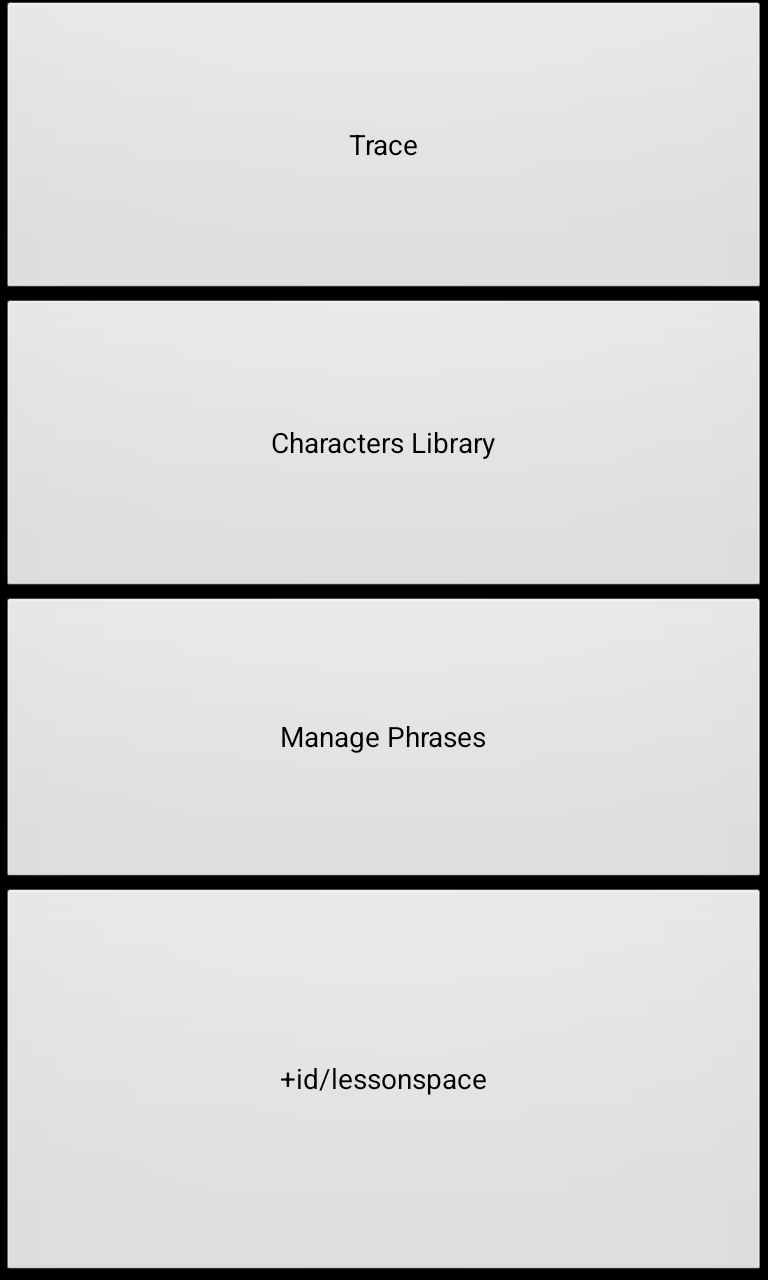
Repository: ljtao/Trace2Learn
Layout: Trace2Learn/res/layout/main.xml
The author's editor kept a copy of each file at every save. The layout is drawn from the files as they stood at one save, then again after the next save.
It is drawn on a 768 x 1280 px phone screen (xhdpi) without system bars, with theme android:Theme; the app's code is not run.

Above is the layout before, as saved 2012-04-10 04:46:29.

### Trace2Learn/res/layout/main.xml
<?xml version="1.0" encoding="utf-8"?>


	<LinearLayout xmlns:android="http://schemas.android.com/apk/res/android"
	    android:layout_width="fill_parent"
	    android:layout_height="fill_parent"
	    android:orientation="vertical" >

	    <Button android:id="@+id/trace"
	    android:layout_width="fill_parent"
	    android:layout_height="1dp"
	    android:text="@string/trace_button_title"
	    android:orientation="vertical"
	    android:layout_weight="1"

	    />

	    <Button android:id="@+id/characters"
	    android:layout_width="fill_parent"
	    android:layout_height="1dp"
	    android:text="@string/characters_button_title"
	    android:orientation="vertical"
	    android:layout_weight="1"

	    />
	    <Button
	        android:id="@+id/words"
	        android:layout_width="fill_parent"
	        android:layout_height="wrap_content"
	        android:layout_weight="0.66"
	        android:text="@string/words_button_title" />


	    <Button
	        android:id="@+id/lesson"
	        android:layout_width="fill_parent"
	        android:layout_height="wrap_content"
	        android:layout_weight="1.00"
	        android:text="+id/lessonspace" />

	</LinearLayout>

### Trace2Learn/res/values/strings.xml
<?xml version="1.0" encoding="utf-8"?>
<resources>

    <string name="hello">Hello World!</string>
    <string name="app_name">TouchPaint</string>
    <string name="formal_name">Trace2Learn</string>
    <string name="trace_name">Trace2Learn</string>
    <string name="save_button_title">Save</string>
    <string name="save_popup_title">Save Character</string>
    <string name="save_popup_prompt">To save this character to the database, type the character name and click Yes.</string>
    <string name="characters_button_title">Characters Library</string>
    <string name="trace_button_title">Trace</string>
    <string name="back_button_title">Back</string>
    <string name="clear_button_title">Clear</string>
    <string name="adder">Add Character to Phrase</string>
    <string name="phrase_finish">Add Phrase </string>
    <string name="words_button_title">Manage Phrases</string>
    <string name="drawChar_button_title">Draw It!</string>
    <string name="prevchar">prev</string>
    <string name="nextchar">next</string>
    <string name="exitlesson">Quit Lesson</string>
    <string name="lesson_button_title">Start Lesson</string>

</resources>

After the next save:
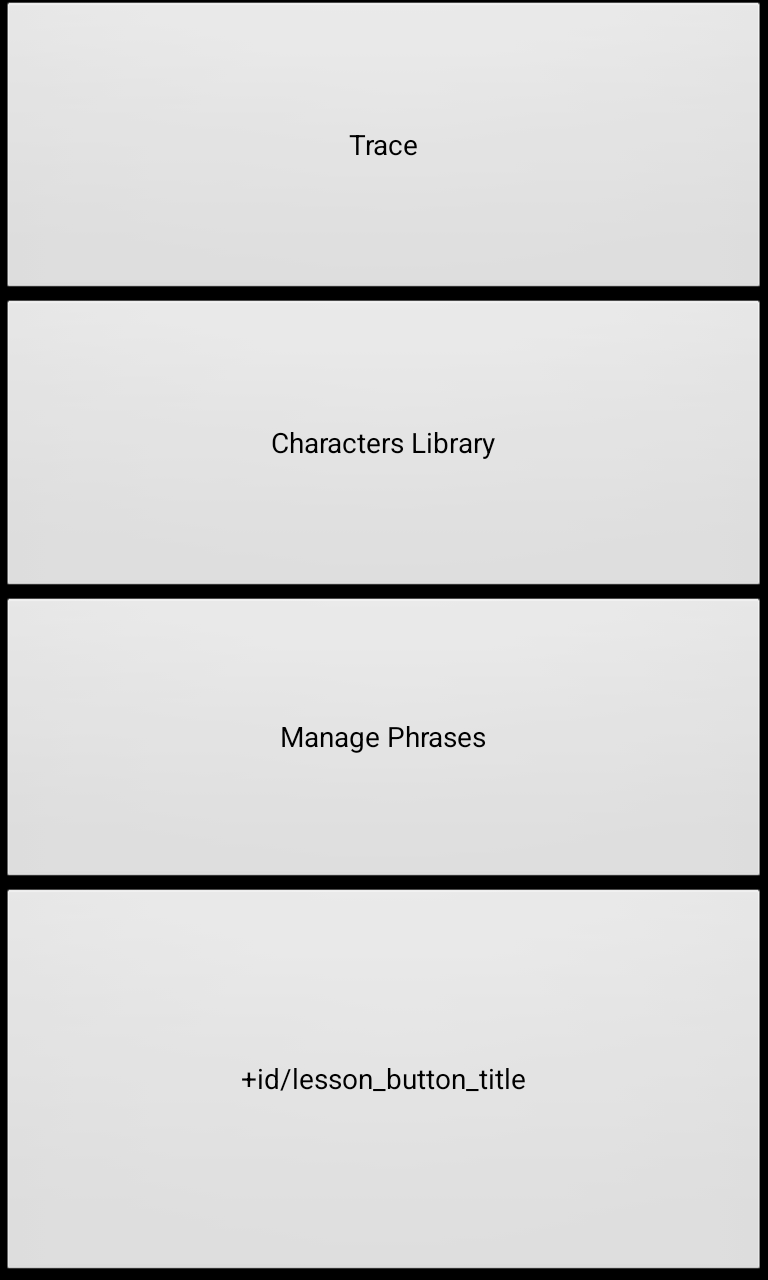
Saved 8 s later.
--- a/Trace2Learn/res/layout/main.xml
+++ b/Trace2Learn/res/layout/main.xml
@@ -36,6 +36,6 @@
 	        android:layout_width="fill_parent"
 	        android:layout_height="wrap_content"
 	        android:layout_weight="1.00"
-	        android:text="+id/lessonspace" />
+	        android:text="+id/lesson_button_title" />
 
 	</LinearLayout>
